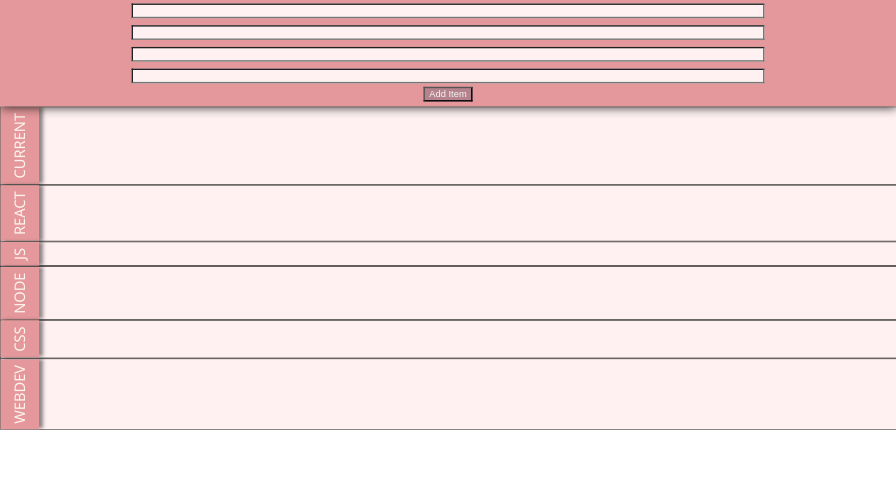
Repository: ClementLight/plan
Page: codicrs.html
The author's editor kept a copy of each file at every save. The page is drawn from the files as they stood at one save, then again after the next save.
The browser window is 1280 px wide. The pictures show the part of the page from y = 0 to 1920 px (the page is 720 px tall before and 3282 px after), at 70% of full size.

Above is the page before, as saved 2020-09-01 17:33:03.
Console error: SyntaxError: Unexpected token 'return'

After the next save:
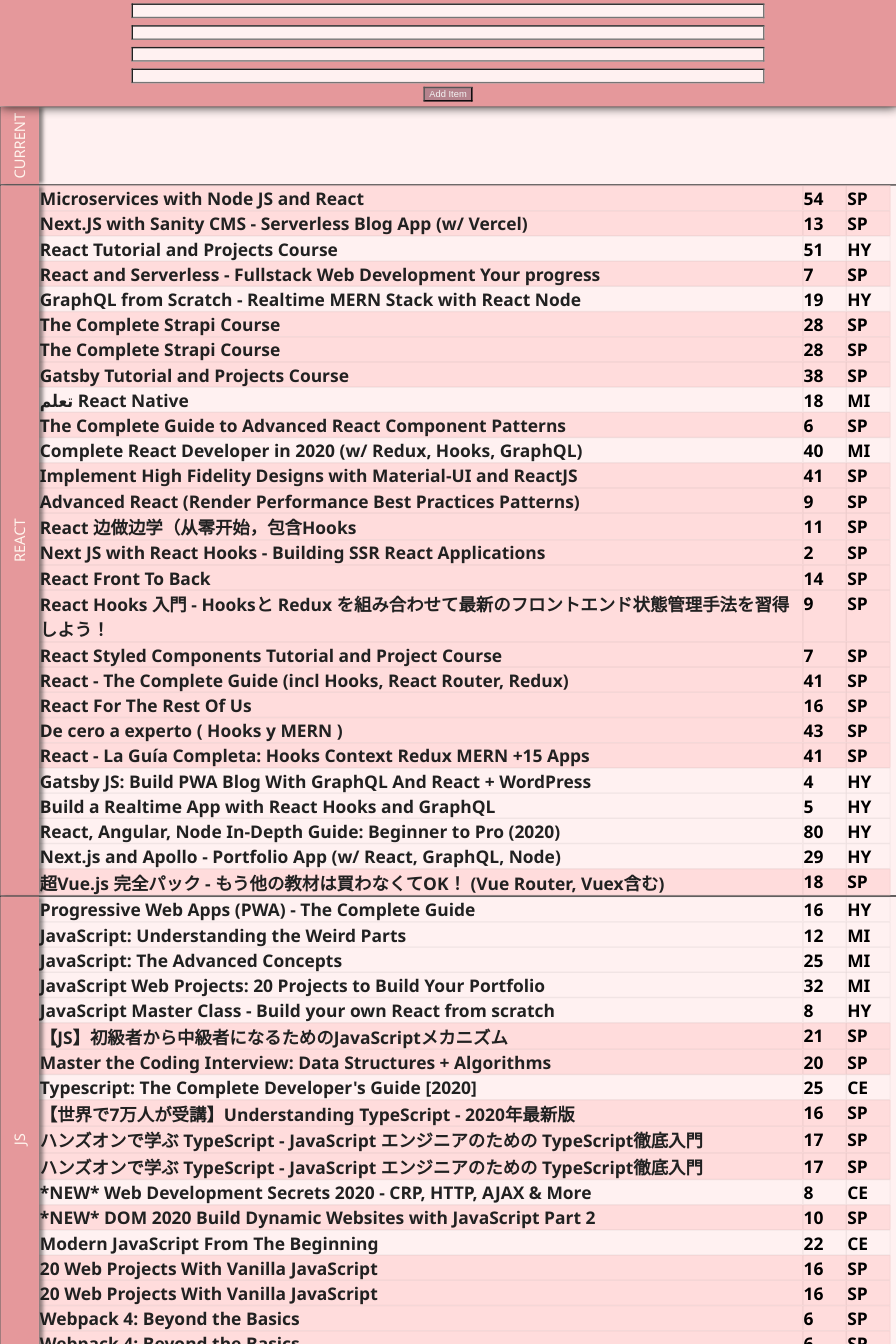
The error is gone.
Saved 65 s later.
--- a/jsondata.js
+++ b/jsondata.js
@@ -750,7 +750,6 @@
 // </section>
 
 subjects = database.map((item) => {
-  if
   return
 })
 console.log(subjects)
